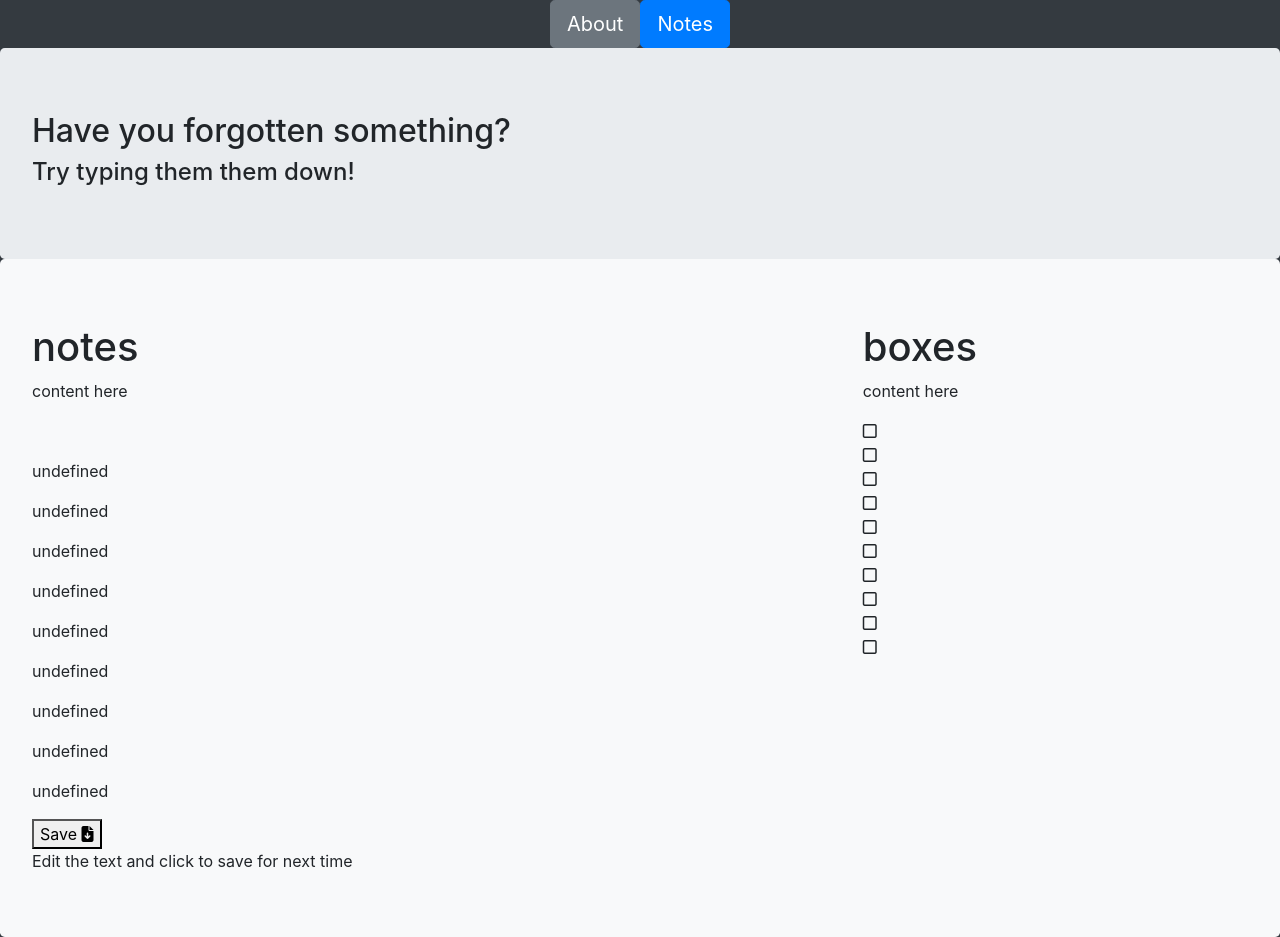
Repository: Kamicoda/Noteblock
Page: index.html
The author's editor kept a record of every edit. The page is drawn from the files as they stood at one moment, then again after the next edit.
The browser window is 1280 px wide. The pictures show the whole page.
Some web libraries are served in a nearby version.

Above is the page before.

### index.html
<!DOCTYPE html>
<html lang="en">

<head>
    <meta charset="UTF-8">
    <meta name="viewport" content="width=device-width, initial-scale=1.0">
    <meta http-equiv="X-UA-Compatible" content="ie=edge">
    <title>Document</title>

    <!--Jquery-->
    <script src="https://code.jquery.com/jquery-3.4.1.min.js" integrity="sha256-CSXorXvZcTkaix6Yvo6HppcZGetbYMGWSFlBw8HfCJo=" crossorigin="anonymous"></script>

    <!--Bootstrap-->
    <link rel="stylesheet" href="https://maxcdn.bootstrapcdn.com/bootstrap/4.2.1/css/bootstrap.min.css" type="text/css" />
    <link rel="stylesheet" href="https://cdnjs.cloudflare.com/ajax/libs/hover.css/2.3.1/css/hover-min.css" type="text/css" />
    <!--Css-->
    <link rel="stylesheet" href="assets/style/style.css" type="text/css" />
    <!--d3,dc,Queue-->
    <!-- <script type="text/javascript" src="static/js/d3.min.js"></script>
    <script type="text/javascript" src="static/js/crossfilter.min.js"></script>
    <script type="text/javascript" src="static/js/dc.min.js"></script>
    <script type="text/javascript" src="static/js/queue.min.js"></script> -->
    <!--Api's-->
    <!--Scripts-->
    <script src="https://kit.fontawesome.com/06adabaaa3.js"></script>
    <script type="text/javascript" src="assets/js/script1.js"></script>
    <script type="text/javascript" src="assets/js/script2.js"></script>
</head>

<body onload="checkEdits()" class=" bg-dark">

    <!--navigation-->
    <div class="container-fluid bg-dark">
        <ul class="nav justify-content-center w-80">
            <li class="nav-item">
                <button id="aboutNav" type="button" class="btn btn-secondary btn-lg ">About</button>
            </li>
            <li class="nav-item">
                <button id="notesNav" type="button" class="btn btn-primary btn-lg">Notes</button>
            </li>

        </ul>
    </div>

    <div class="jumbotron header bg-grey mx-auto">
        <h2> Have you forgotten something?</h2>
        <h4>Try typing them them down!</h4>
    </div>

    <div class="jumbotron header bg-light mx-auto">
        <div class="container-flex">


            <section id="aboutSec">
                <div class="row">
                    <div class="col">
                        <h1>About</h1>
                        <p>here to help you remember!</p>
                        <div class="row">
                            <div class="col-6">
                                <p>this website should make writing things down a little easier there are a few geatures to be added at some point, these include a printable nates list, the ability to create and delete your notes, ability to add thumbnails
                                    with your links(WIP) and more!</p>
                            </div>
                            <div class="col-4">
                                <p>to use this site simply type in your thoughts and click save!</p>
                            </div>
                        </div>
                    </div>
                </div>
        </div>
        </section>

        <section id="notesSec">
            <div class="row">

                <div class="col-8">
                    <h1>notes</h1>
                    <p>content here</p>
                    <div id="editList" class="#">

                        <p id="edit" contenteditable="true" class="editableP"></p>

                        <p id="edit1" contenteditable="true" class="editableP"></p>

                        <p id="edit2" contenteditable="true" class="editableP"></p>

                        <p id="edit3" contenteditable="true" class="editableP"></p>

                        <p id="edit4" contenteditable="true" class="editableP"></p>

                        <p id="edit5" contenteditable="true" class="editableP"></p>

                        <p id="edit6" contenteditable="true" class="editableP"></p>

                        <p id="edit7" contenteditable="true" class="editableP"></p>

                        <p id="edit8" contenteditable="true" class="editableP"></p>

                        <p id="edit9" contenteditable="true" class="editableP"></p>

                        <div>
                            <div>
                                <button type="button " onclick="save()" class="saveButton">Save
                        <i class="fas fa-file-download"></i></button>
                            </div>

                            <div id="update"> Edit the text and click to save for next time </div>
                        </div>
                    </div>
                </div>
                <div class="col-2">
                    <h1>boxes</h1>
                    <p>content here</p>
                    <div id="checkBox" class="checkbox">
                        <i class="far fa-square"></i>
                        <i class="far fa-check-square"></i>
                    </div>
                    <div id="checkBox1" class="checkbox">
                        <i class="far fa-square"></i>
                        <i class="far fa-check-square"></i>
                    </div>

                    <div id="checkBox2" class="checkbox">
                        <i class="far fa-square"></i>
                        <i class="far fa-check-square"></i>
                    </div>

                    <div id="checkBox3" class="checkbox">
                        <i class="far fa-square"></i>
                        <i class="far fa-check-square"></i>
                    </div>

                    <div id="checkBox4" class="checkbox">
                        <i class="far fa-square"></i>
                        <i class="far fa-check-square"></i>
                    </div>

                    <div id="checkBox5" class="checkbox">
                        <i class="far fa-square"></i>
                        <i class="far fa-check-square"></i>
                    </div>

                    <div id="checkBox6" class="checkbox">
                        <i class="far fa-square"></i>
                        <i class="far fa-check-square"></i>
                    </div>

                    <div id="checkBox7" class="checkbox">
                        <i class="far fa-square"></i>
                        <i class="far fa-check-square"></i>
                    </div>

                    <div id="checkBox8" class="checkbox">
                        <i class="far fa-square"></i>
                        <i class="far fa-check-square"></i>
                    </div>

                    <div id="checkBox9" class="checkbox">
                        <i class="far fa-square"></i>
                        <i class="far fa-check-square"></i>
                    </div>



                </div>

            </div>
        </section>

    </div>
    </div>




</body>
<footer>

</footer>

</html>

### assets/style/style.css
/* Palette URL: http://paletton.com/#uid=a3K0o0k6J95irOtlmmkmW6wBrbb */

/* Feel free to copy&paste color codes to your application */

/* As RGBa codes */

.rgba-primary-0 {
    color: rgba( 39, 42, 48, 1)
}

/* Main Primary color */

.rgba-primary-1 {
    color: rgba(107, 144, 222, 1)
}

.rgba-primary-2 {
    color: rgba( 48, 70, 119, 1)
}

.rgba-primary-3 {
    color: rgba( 12, 19, 35, 1)
}

.rgba-primary-4 {
    color: rgba( 5, 22, 59, 1)
}

.rgba-complement-0 {
    color: rgba( 72, 63, 57, 1)
}

/* Main Complement color */

.rgba-complement-1 {
    color: rgba(255, 166, 108, 1)
}

.rgba-complement-2 {
    color: rgba(178, 106, 59, 1)
}

.rgba-complement-3 {
    color: rgba( 52, 29, 15, 1)
}

.rgba-complement-4 {
    color: rgba( 89, 35, 0, 1)
}



/* Generated by Paletton.com © 2002-2014 */

/* http://paletton.com */

/*Colors*/

.bg-dark {
    background-color: rgb(39, 42, 48);
}

.bg-light {
    background-color: rgb(107, 144, 222);
}

/*background*/

.dark-background {      /*this overlaps the content untill on.(click)the corresponding button*/
    position: fixed;
    height: 100%;
    width: 100%;
}

.frontened {
   z-index: 1;
}

.middled {
    z-index: 0;
}

.backened {
    z-index:-1;
}

.jumbotron {
    margin: 0;
    width: 100%;
}

.mainmenu {
    text-align: center;
    border-width: 500;
    border-height: 300;
    height: auto;
}

.about {
    padding: 0;
}

.games {
    padding: 0;
}

.notes {
    padding: 0;
}

.links {
    padding: 0;
}

.cabout {
    height: 400px;
    width: 100%;
    padding: 0;
}

.cgames {
    height: 400px;
    width: 100%;
    padding: 0;
}

.cnotes {
    height: 400px;
    width: 100%;
    padding: 0;
}

.clinks {
    height: 400px;
    width: 100%;
    padding: 0;
}

/*navigation*/

.buttons {
    margin-left: 500px;
    margin-top: 300px;
}

.babout {
    display: block;
    width: 140px;
    height: 70px;
    margin-left: 70%;
    margin-top: 40%;
}

.bgames {
    display: block;
    width: 140px;
    height: 70px;
    margin-top: 40%;
}

.bnotes {
    display: block;
    width: 140px;
    height: 70px;
    margin-left: 70%;
}

.blinks {
    display: block;
    width: 140px;
    height: 70px;
}

### assets/js/script1.js
//Buttons
$(document).ready(function() {

    $('#aboutSec').toggle();
    $('#notesSec').show();
    $('#gamesSec').toggle();
    $('#linksSec').toggle();
    $('.fa-check-square').toggle();

    //$('#item').toggle();
    //$('#item1').toggle();
    //$('#item2').toggle();

    $('#aboutNav').on('click', function() {
        $('#aboutSec').toggle(1000);

    });

    $('#notesNav').on('click', function() {
        $('#notesSec').toggle(1000);

    });

    $('#gamesNav').on('click', function() {
        $('#gamesSec').toggle(1000);

    });

    $('#linksNav').on('click', function() {
        $('#menu3').toggle();
        $('#linksSec').toggle(1000);

    });

    $('#checkBox').on('click', function() {
        $('.fa-square').toggle();
        $('.fa-check-square').toggle();
    });

    $('#checkBox1').on('click', function() {
        $('.fa-square').toggle();
        $('.fa-check-square').toggle();
    });

    $('#checkBox2').on('click', function() {
        $('.fa-square').toggle();
        $('.fa-check-square').toggle();
    });

    $('#checkBox3').on('click', function() {
        $('.fa-square').toggle();
        $('.fa-check-square').toggle();
    });

    $('#checkBox4').on('click', function() {
        $('.fa-square').toggle();
        $('.fa-check-square').toggle();
    });

    $('#checkBox5').on('click', function() {
        $('.fa-square').toggle();
        $('.fa-check-square').toggle();
    });

    $('#checkBox6').on('click', function() {
        $('.fa-square').toggle();
        $('.fa-check-square').toggle();
    });

    $('#checkBox7').on('click', function() {
        $('.fa-square').toggle();
        $('.fa-check-square').toggle();
    });

    $('#checkBox8').on('click', function() {
        $('.fa-square').toggle();
        $('.fa-check-square').toggle();
    });

    $('#checkBox9').on('click', function() {
        $('.fa-square').toggle();
        $('.fa-check-square').toggle();
    });


    // $('#new').on('click', function() {
    //  count += 1;
    //  $('#item' + count).show()
    //$('#editList').append(`<p id="edit` + count + `" contenteditable="true" class="editableP"></p><button type="button " onclick="save`+ count +`()" class="saveButton">Save
    // <i class="fas fa-file-download"></i></button>`);

    // });
});

// this is adding numbers to the ID "edit"
var count = 0;

### assets/js/script2.js

function save() {
localStorage.userEdits = document.getElementById("edit").innerText;
localStorage.userEdits1 = document.getElementById("edit1").innerText;
localStorage.userEdits2 = document.getElementById("edit2").innerText;
localStorage.userEdits3 = document.getElementById("edit3").innerText;
localStorage.userEdits4 = document.getElementById("edit4").innerText;
localStorage.userEdits5 = document.getElementById("edit5").innerText;
localStorage.userEdits6 = document.getElementById("edit6").innerText;
localStorage.userEdits7 = document.getElementById("edit7").innerText;
localStorage.userEdits8 = document.getElementById("edit8").innerText;
localStorage.userEdits9 = document.getElementById("edit9").innerText;

document.getElementById("update").innerHTML="Edits saved!";
}

function checkEdits() {

if(localStorage.userEdits!=null)
document.getElementById("edit").innerHTML = localStorage.userEdits;
document.getElementById("edit1").innerHTML = localStorage.userEdits1;
document.getElementById("edit2").innerHTML = localStorage.userEdits2;
document.getElementById("edit3").innerHTML = localStorage.userEdits3;
document.getElementById("edit4").innerHTML = localStorage.userEdits4;
document.getElementById("edit5").innerHTML = localStorage.userEdits5;
document.getElementById("edit6").innerHTML = localStorage.userEdits6;
document.getElementById("edit7").innerHTML = localStorage.userEdits7;
document.getElementById("edit8").innerHTML = localStorage.userEdits8;
document.getElementById("edit9").innerHTML = localStorage.userEdits9;
}

//original code idea from https://www.developerdrive.com/allowing-users-to-edit-text-content-with-html5/
//with some tweaking


//

After the next edit:
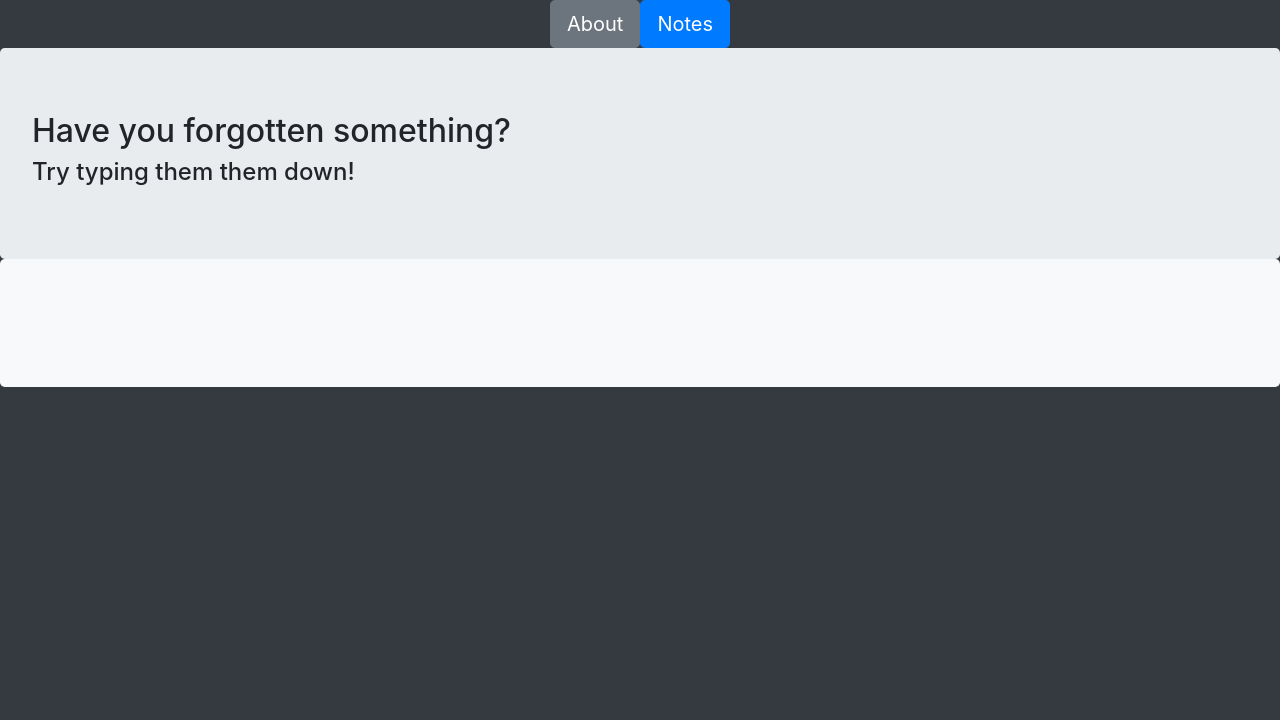
The edit:
--- a/assets/js/script1.js
+++ b/assets/js/script1.js
@@ -2,7 +2,7 @@
 $(document).ready(function() {
 
     $('#aboutSec').toggle();
-    $('#notesSec').show();
+    $('#notesSec').toggle();
     $('#gamesSec').toggle();
     $('#linksSec').toggle();
     $('.fa-check-square').toggle();
